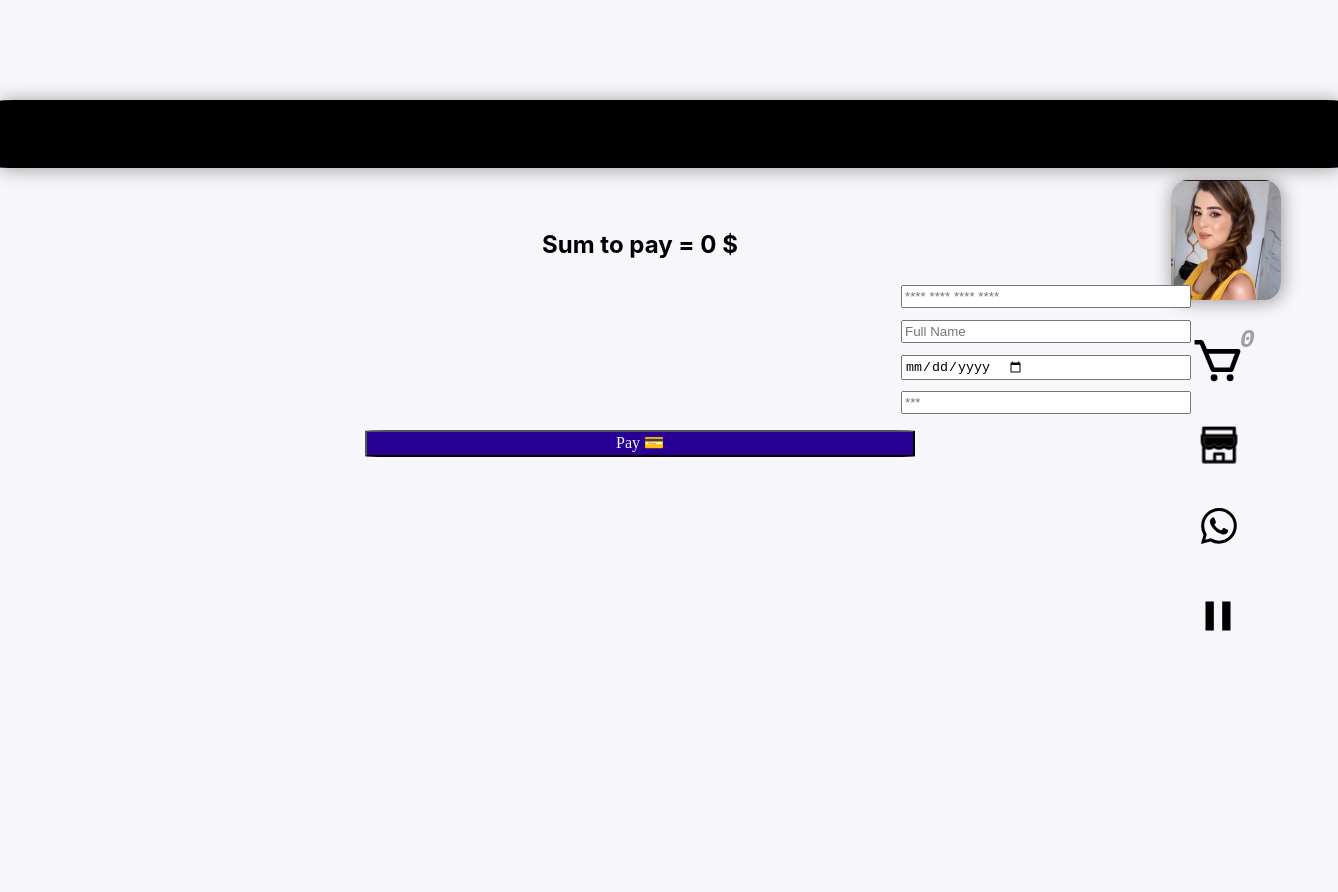
Repository: rehamAbass/BeautyCareShop
Page: /, after clicking the first element matching `svg.cartIcon`
An editor plug-in stored every save of this project. The page is shown before and after the next save, followed by the edit.
The browser window is 1280 px wide. The page is 1338 px wide, so the pictures cover 1338 px, including what lies to the right of the window. The pictures show the whole page.
The page's requests for data from a server got no answer. Some web fonts or font styles are not loaded; a fallback is used. The project was rebuilt for these pictures with package versions that can differ from the ones it lists, and the page was loaded fresh each time. No one was signed in, and anything a server would have sent is missing. Also part of the build but not shown: src/components/allProducts/card-list.css, src/components/allProducts/prod/card.css, src/components/allProducts/prod/card.component.jsx, src/components/search-box/search-box.css, src/components/myCart/cartProduct/cartProduct.css, src/components/myCart/cartProduct/cartProduct.jsx. Imported but missing from the stored project, and not drawn on this page: src/components/header/music/ed.mp3.

Above is the page before, as saved 2022-06-08 17:22:27.

### public/index.html
<!DOCTYPE html>
<html lang="en">
  </style>
  <head>
    <meta charset="utf-8" />
    <link rel="icon" href="" />
    <meta name="viewport" content="width=device-width, initial-scale=1" />
    <meta name="theme-color" content="#000000" />
    <meta
      name="description"
      content="Web site created using create-react-app"
    />
    <link rel="apple-touch-icon" href="" />
    <link rel="manifest" href="%PUBLIC_URL%/manifest.json" />
    <link rel="preconnect" href="https://fonts.googleapis.com">
    <link rel="preconnect" href="https://fonts.gstatic.com" crossorigin>
    <link href="https://fonts.googleapis.com/css2?family=Bigelow+Rules&display=swap" rel="stylesheet">
    <link rel="preconnect" href="https://fonts.googleapis.com">
    <link rel="preconnect" href="https://fonts.gstatic.com" crossorigin>
    <link href="https://fonts.googleapis.com/css2?family=Bigelow+Rules&family=Dancing+Script&display=swap"
      rel="stylesheet">
    <title color:'purble'>BeautyShop💄</title>
  </head>
  <body>

    <div id="root"></div>
  </body>
</html>

<!--
  <video id="video1" loop="" muted="" src="https://prod-streaming-video-msn-com.akamaized.net/aa5cb260-7dae-44d3-acad-3c7053983ffe/1b790558-39a2-4d2a-bcd7-61f075e87fdd.mp4"></video>

 -->

### src/App.js

// import React from 'react'
import CardList from './components/allProducts/card-list.component';
import SearchBox from './components/search-box/search-box.component';
import './App.css'
import axios from "axios";
import React, { Component } from "react";
import Header from './components/header/header.component.jsx'
import { useState, useEffect } from 'react';
import Cart from './components/myCart/myCart.jsx'

const App = () => {
  const [products, setProducts] = useState([]);
  const [cartProducts, setCartProducts] = useState([]);
  const [filteredProducts, setFilteredProducts] = useState(products);
  const [searchString, setSearchString] = useState('');
  const [showCart, setShowCart] = useState(false);
    const [cartCounter, setCartCounter] = useState(0);
      const [Sum, setSum] = useState(0);
      const [imgs, setImgs] = useState([])

  //==========================================================================
  const   getDataFromDB= async ()=> {
    const response = await axios.get("http://localhost:8000/products/");
    setCartProducts(response);
  }
  //===========================================================
  const deleteProd = async (id) => {
    let response = await axios.delete(
      `http://localhost:8000/product/${id}`
    );
  }
  //=============================================================
  const saveProd = async (p) => {
    const response = await axios.post(
      "http://localhost:8000/product",p
    );
  }

   const  updateProd = async (p) => {
    const response = await axios.put(
      "http://localhost:8000/product",p
    );
  }
  //============================================================================
  useEffect(() => {
    fetch('http://makeup-api.herokuapp.com/api/v1/products.json?brand=maybelline')
      .then((res) => res.json())
      .then((users) => {
          users = users.map(user => (
         {id:user.id,
         name:user.name,
         brand:user.brand,
         price:user.price,
        image_link:user.image_link,
         product_link:user.product_link,
         description:user.description,
        rating:user.rating,
         product_type:user.product_type,
          product_api_url:user.product_api_url,
          product_colors:user.product_colors,
        amount:0
         }))


         getDataFromDB();
        setFilteredProducts(users);
        setProducts(users);
        setImgs(users.map((u)=>(u.image_link)));
      })
  }, []); // it runs only one time - no need to call it in each render because [] is empty !!
  //=========================================================================================
  useEffect(() => {
    let filteredgroup = products.filter((p) => p.name.toLowerCase().includes(searchString));
    setFilteredProducts(filteredgroup);
  }, [products, searchString])

  //========================================================================================
  const onSearchChanged = (event) => {
    let input = event.target.value.toLowerCase();
    setSearchString(input);
  }
  //=========================================================================================
  const addProduct=(product)=>{
        let updatePro = cartProducts.filter(p=> p.id === product.id);
     if(updatePro.length>0){
       // it means that YES the product exists before in Cart! just increase the amount of it:
       updatePro = updatePro[0];
       updatePro.amount +=1;
        let newarray = cartProducts.map(p=>( p.id === product.id ? updatePro:p )) ;
        setCartProducts(newarray);
     }else{
        let newProductToAdd = {...product, amount:1};
         setCartProducts([...cartProducts,newProductToAdd ]);
         saveProd(product);
         updateProd();
     }

      }
  //=================================================================================
  //    ,
  const deleteProduct = (product) => {
    let newArr = cartProducts.filter(p => p.id !== product.id);
    setCartProducts(newArr);
    deleteProd(product.id);
  }
 //===================================================================================
   const decreaseProduct=(product)=>{

     if(product.amount >1){
       let update = product;
       update.amount -=1;
        let newarray = cartProducts.map(p=>(p.id === product.id ? update:p )) ;
     setCartProducts(newarray);
     }else{ // amount was  === 1
        let newArr = cartProducts.filter(p=> p.id !== product.id);
         setCartProducts(newArr);
     }
      }
 //===================================================================================
useEffect(()=>{
  console.log("useEffect, cartProduct changes, so counter changes");
  let all =0;
  let summ=0;
  for(let p of cartProducts){
     all = all+p.amount;
    summ = summ+ (p.amount * p.price);
}
    setSum(summ);
    setCartCounter(all);
},[cartProducts]);

//====================================================================================
  useEffect(()=>{
    console.log("open Cart = ",showCart);
  },[showCart])
 //=========================================================================================
const HandleCart =(val)=>{
  setShowCart(val);
}
 const handleSumCount = ()=>{
  setSum(0);
  setCartProducts([]);
  setCartCounter(0);

 }
 //=========================================================================================
  return (
    <div className="App">
      <header className="App-header">
        <Header counter ={cartCounter}
        imgs={imgs}
        handleCart = {HandleCart}/>
        {showCart === false &&
          <div>
           <SearchBox
          className='search-box2'
          searchHandler={onSearchChanged}
          group={filteredProducts}
        />
            <CardList
              group={filteredProducts}
               addProduct={addProduct} />
        </div>

        }
          {(showCart === true) &&
            <Cart sum ={Sum} group={cartProducts}
           addProduct={addProduct}
            deleteProduct={deleteProduct}
            decreaseProduct={decreaseProduct}
              handleSumCount={handleSumCount}
            />
          }
      </header>
    </div>
  )
}

export default App;

### src/components/allProducts/card-list.component.jsx

import './card-list.css'
import Card from './prod/card.component'
import React from 'react'

const CardList = ({ group ,addProduct}) => {
    return (
        <div className='card-list'>
            {group.map((p,i) =>
                (
                    <Card
                    key={i}
                    product={p}
                     addProduct={addProduct}/>
                )
            )
            }
        </div >

    )
}

export default CardList;

### src/components/search-box/search-box.component.jsx

import React from 'react'
import './search-box.css'


const SearchBox = ({ className, placeholder, searchHandler, group }) => {

    return (
        <div className='search-box'>
            <input
                className={className}
                type='search'
                placeholder='Search Products'
                onChange={searchHandler}
                style={{
                     fontStyle:'unset', fontStretch: 'extra-expanded'
                , fontSize:'large', borderRadius:'15%'}}
            />
            {group.length === 0 ?
                <div className='alert2'> NO Products with this prefix </div> : ''}
        </div>
    )
}


export default SearchBox;

### src/App.css
body {
  margin: 0;
  padding: 0;
  font-family: -apple-system, BlinkMacSystemFont, 'Segoe UI', 'Roboto', 'Oxygen',
    'Ubuntu', 'Cantarell', 'Fira Sans', 'Droid Sans', 'Helvetica Neue',
    sans-serif;
    background-color:rgba(192, 190, 228, 0.135);
  -webkit-font-smoothing: antialiased;
  -moz-osx-font-smoothing: grayscale;
  text-align: center;
}



















/* -------------------------------------------------------------------------------------- */

/* .App {
  text-align: center;
}

.App-logo {
  height: 40vmin;
  pointer-events: none;
}

@media (prefers-reduced-motion: no-preference) {
  .App-logo {
    animation: App-logo-spin infinite 20s linear;
  }
}

.App-header {
  background-color: #2d5cba;
  min-height: 100vh;
  display: flex;
  flex-direction: column;
  align-items: center;
  justify-content: center;
  font-size: calc(10px + 2vmin);
  color: white;
}

.App-link {
  color: #61dafb;
}

@keyframes App-logo-spin {
  from {
    transform: rotate(0deg);
  }
  to {
    transform: rotate(360deg);
  }
}

*/

### src/components/header/header.component.jsx
import React from 'react'
import './header.css'
import Music from './music/music.component';
import fatme from './fatme.jpeg'
import CartIcon from './cartIcon/cartIcon.component';
import {BsWhatsapp} from 'react-icons/bs'
import {AiTwotoneShop} from 'react-icons/ai'

const Header = ({counter,imgs, handleCart}) => {
    return (
        <div className='headClass'>
        <div className='imgs'>
            {imgs.map((link, i) => (
                    (i>=19 && i <29)&&<img
                    style={{transform:'scale(1)' ,  margin:'0px'}}
                    key={i}
                    src={link} alt='prod' />

            ))}
        </div>

            <img className='myImg' src={fatme} alt='me'
            />
               <CartIcon
            counter={counter}
             handleCart={handleCart}
            />
            <AiTwotoneShop
            className='goHome'
                onClick={() => {
                     handleCart(false)}}
            />
            <h4 className='title' >
                <marquee direction='left' loop='2' >Fatima Beauty Care Shop</marquee>
            </h4>


            <Music />


            <a  className='whatsApp'  aria-label="whats"
                target="_blank" rel="noopener"
                href="https://api.whatsapp.com/send?phone=972543656019&text=hello%20Fatima%20from%20your%20BeautyCareShop%20Website%20💄"
              >
              <BsWhatsapp/>
            </a>
        </div>
    )
}

export default Header;

### src/components/myCart/myCart.jsx
import './myCart.css'
import React from 'react'
import Card from './cartProduct/cartProduct.jsx'
import { useState } from 'react'

import Pay from './Payment/Pay'


const Cart = ({ sum, group, addProduct, deleteProduct, decreaseProduct  , handleSumCount}) => {

        const [paid, setPaid] = useState(false);
        const handlePaid = (val) => {
                setPaid(val);
            }
            //--------------------------------------
    return (
        <div className='allComp' >
              <h2 className='sum'> Sum to pay =  { sum } $ </h2>



                 {(paid === false)&&
                 <Pay/>}
                  {(paid === false)&&
            <button className='payy'
                onClick={() => {
                    handlePaid(true);
                     handleSumCount(true);
                      }}>
                 Pay 💳
                 </button>}
           {(paid == true)&&
            <h2
            style={{ fontSize: 'x-large' }}>
                THANK YOU MAN, PAID SUSSESSFULLY💳👍🏼👍🏼
            </h2>}


           {(paid === false) &&
            <div className='myCart' > {
                group.map((p, index) => (<
                                Card key = { index }
                                product = { p }
                                addProduct = { addProduct }
                                deleteProduct = { deleteProduct }
                                decreaseProduct = { decreaseProduct }
                                />)
                            )
            }
            </div>}
            </div>
                    )
                }


                export default Cart;

### src/components/header/header.css
.title {
    width: 110%;
    position: relative;
    font-size: 46px;
    font-weight: bolder;
    font-family: 'Dancing Script';
 color:rgb(251, 251, 251);
    font-stretch: extra-expanded;
    /* text-shadow: 11px 1px 11px rgb(255, 0, 123); */
    background-color: rgb(0, 0, 0);
     box-shadow: 1px 1px 17px 1px rgba(135, 134, 135, 0.74);
     margin-top: 40px;
     border-radius:1%;
}
.imgs{
    width: 110%;
    position: relative;
    height:60px;
     margin: 0px;
}
.goHome{
    color:rgb(0, 0, 0);
     position:fixed;
    margin-left: 47%;
    margin-top:376px;
     transform: scale(2.6);
}
.goHome:hover{
    color:rgb(160, 160, 164);
    transform:scale(3);
}
.whatsApp{
    color:rgb(0, 0, 0);
     position:fixed;
    margin-left: 47%;
    margin-top:290px;
     transform: scale(2);
}
.whatsApp:hover{
  color:rgb(160, 160, 164);

   }
.myImg{
    position:fixed;
    margin-left: 44%;
    margin-top:120px;
    width: 110px;
  height: 120px;
    box-shadow: 1px 1px 17px 1px rgb(155, 153, 153);
    border-radius:15%;
}

.headClass {
    border-radius: 12%;
    width: 95%;
    height: 30px;
    font-size: large;
    /* font-weight: 700; */
    font-style: italic;

}

### src/components/header/music/music.component.jsx
import './music.css'
import { useState, useEffect } from 'react'
import { MdPlayArrow, MdPause } from 'react-icons/md'
import  React  from 'react'
import ed from "./ed.mp3";

const aud = new Audio(ed);
aud.play();

const Music = () => {
    const [flagPlaying, setIsActive] = useState(true);
    const handleClick = (value) => {
        setIsActive(value);
        if (value === true) {
            aud.loop = true;
            aud.play();
        } else {
            aud.pause();
            aud.loop = false;
        }
    }

    return (<div className='myAudio'>
        {(flagPlaying === false) &&
            <MdPlayArrow
                className='btnAudio'
                onClick={() => {
                    if (flagPlaying === false) {
                        handleClick(true);
                    }
                }}
            />
        }
        {(flagPlaying === true) &&
            <MdPause
                className='btnAudio'
                style={{color:'black'}}
                onClick={() => {
                    if (flagPlaying === true) {
                        handleClick(false);
                    }
                }}
            />
        }
    </div>
    )
}


export default Music;

### src/components/header/cartIcon/cartIcon.component.jsx
import React from 'react'
import './cart.css'
import { BiCart } from "react-icons/bi";


const CartIcon = ({ counter,handleCart}) => {

    return (
        <div className='cart-container'>
            <span className='counter'>{counter}</span>
            <BiCart
                    className='cartIcon'
                    onClick={() => {
                      handleCart(true);
                     }}
                />
        </div>
    )
}
export default CartIcon;

### src/components/myCart/myCart.css
.myCart{
    width:900px;
    max-width: 900px;
    margin-left:3%;
    display: grid;
    grid-template-Columns:  1fr 1fr 1fr ;
    grid-gap: 0.4%;
    margin-top: 4%;
    margin-bottom:30%;
}

.alert1 {
    margin-top: 200px;
    text-align: center;
    /* padding: 40px; */
    /* color: rgb(55, 100, 212); */
    color:black;
    font-size: 50px;
    font-stretch: extra-expanded;
    font-family: 'Dancing Script';
    font-weight: bolder;
    text-shadow: 1px 1px  1px rgb(0, 0, 0);
    transform: scale(1.22);
    /* margin-top: '36%'; */
    margin-left:110%;
}
.sum{
    margin-top: 200px;
}
.alertPay {
     margin-left:-42%;
  /* margin-top: 400px; */
    text-align: center;
    color: rgb(13, 37, 100);
    font-size: 350x;
    /* font-stretch: extra-expanded; */
    /* font-family: 'Dancing Script'; */
    font-weight: bolder;
    text-shadow: 1px 1px  1px rgb(0, 0, 0);

}


.paybtn:hover{
    color:rgb(3, 3, 216);
    background-color:rgb(252, 252, 252);
    box-shadow: 1px 1px 2px 1px  rgb(0, 52, 197);
}

### src/components/myCart/Payment/Pay.jsx


import React from 'react'
import './Pay.css'

import {useState} from 'react';
const Pay =()=>{
    const [onChangee , setOnChangee] = useState({});
    const onChangeHandler =(obj)=>{
        setOnChangee(obj);
        }
 //-------------------------------
return (
    <div>
    <form id="cc-form">
    <input type="password" className='inputt'
    name="number" placeholder='**** **** **** ****'/>
    <input type="text" name="name"
    className='inputt' placeholder='Full Name'/>
    <input type="date" className='inputt'
    name="expiry" placeholder='**/****'/>
    <input type="password" className='inputt'
    name="cvc" placeholder='***'/>
</form>
    </div>
)

}



export default Pay;

### src/components/header/music/music.css
.myAudio {}

.btnAudio {
    width:  50px;
    height: 50px;
    position:fixed;
    margin-left: 45.7%;
    margin-top: 362px;
    color:rgb(0, 0, 0);
    border-radius: 90%;
}

.btnAudio:hover {
   color : rgb(160, 160, 164);
    transform: scale(1.125);
    box-shadow: 1px 1px 10px 1px  rgb(160, 162, 169);
}

### src/components/header/cartIcon/cart.css
.cartIcon{
     position:fixed;
    width:55px;
    height:55px;
    color:rgb(0, 0, 0);
    margin-top:1%;
    /* transform: translateZ(-1);
    transition: transform 0.25s ease-out; */
}
.cartIcon:hover{
    transform:scale(1.12);
    color:rgb(160, 160, 164);
}
.cart-container{
    position:fixed;
    margin-left: 93%;
    margin-top: 260px;
}
.cart-container:hover{
    color:rgb(0, 0, 0);
 /* transform: scale(1); */
 cursor: pointer;
}
.counter{
    font-size:large;
    font-family:'Courier New', Courier, monospace;

    color:rgb(160, 160, 164);
    font-weight:bolder;
    text-align: right;
      transform: scale(1.4);
    text-shadow: 2px 2px 12px 12px rgb(0, 0, 0);
    position: fixed;
    margin-left: 4%;
    margin-top:0.8%;
}

### src/components/myCart/Payment/Pay.css
.inputt{
    margin:5px ;
    padding:2px;
    cursor:pointer;
     display: flex;
    flex-direction: row;
}

#cc-form{
    margin-left: 70%;
    width: 300px;
    /* flex-direction: row; */
    align-items: center;
    position:relative;
     display: grid;
    /* grid-template-columns: 1fr; */
    grid-template-rows: 1fr 1fr 1fr 1fr ;
}
.payy{
    cursor:pointer;
    border: 5  rgb(0, 0, 0);
    width :550px;
    height:27px;
    margin-top:10px;
      color:aliceblue;
      padding: 3px;
      padding-top: 0px;
    background-color:rgb(40, 0, 148);
   font-family:serif;
    font-size:medium;
    font-weight:400;
    border-radius:4%;
}

Loaded but not shown: src/index.js (common file); src/index.css (common file)

After the next save:
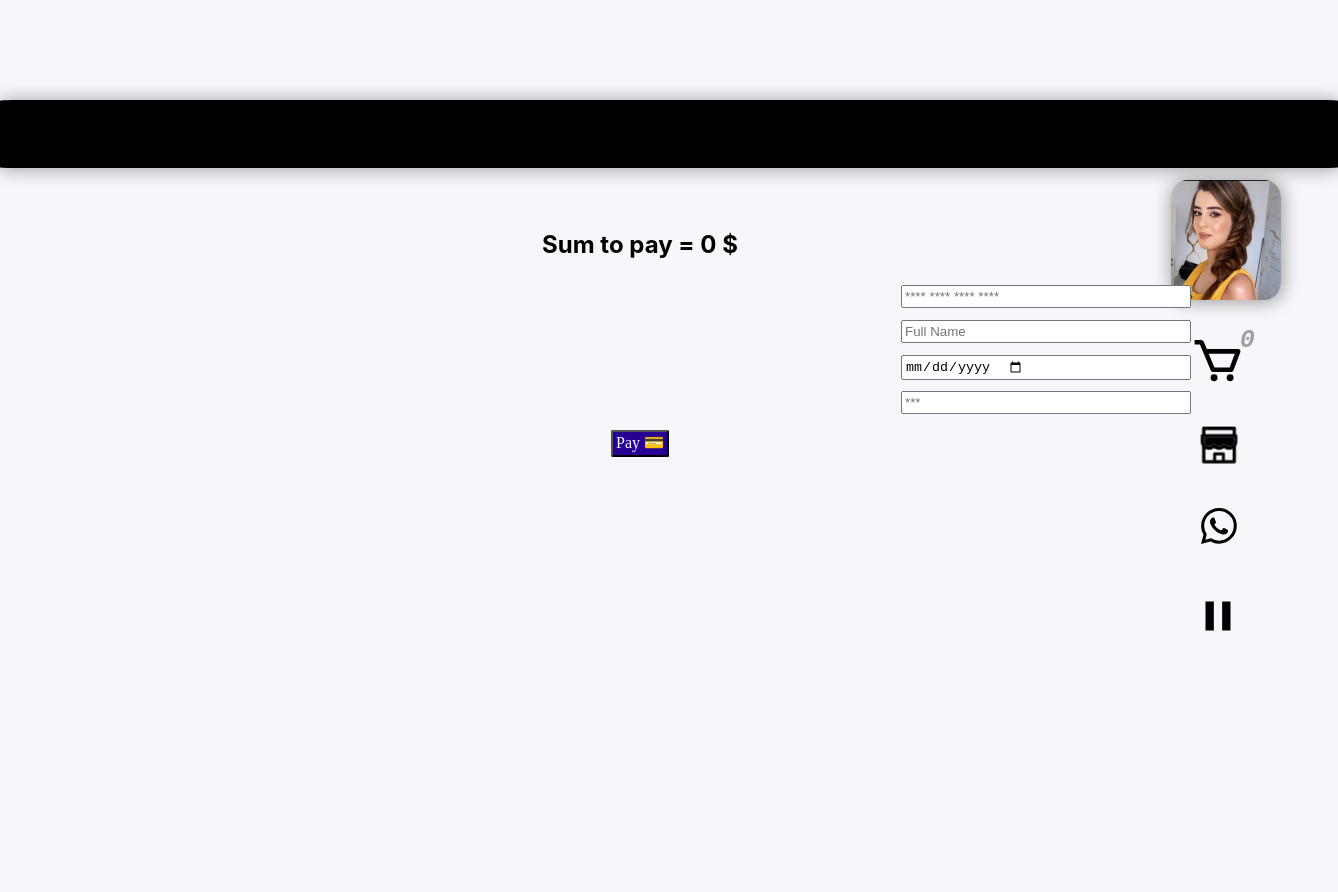
Saved 10 s later.
--- a/src/components/myCart/Payment/Pay.css
+++ b/src/components/myCart/Payment/Pay.css
@@ -19,7 +19,7 @@
 .payy{
     cursor:pointer;
     border: 5  rgb(0, 0, 0);
-    width :550px;
+    /* width :550px; */
     height:27px;
     margin-top:10px;
       color:aliceblue;
